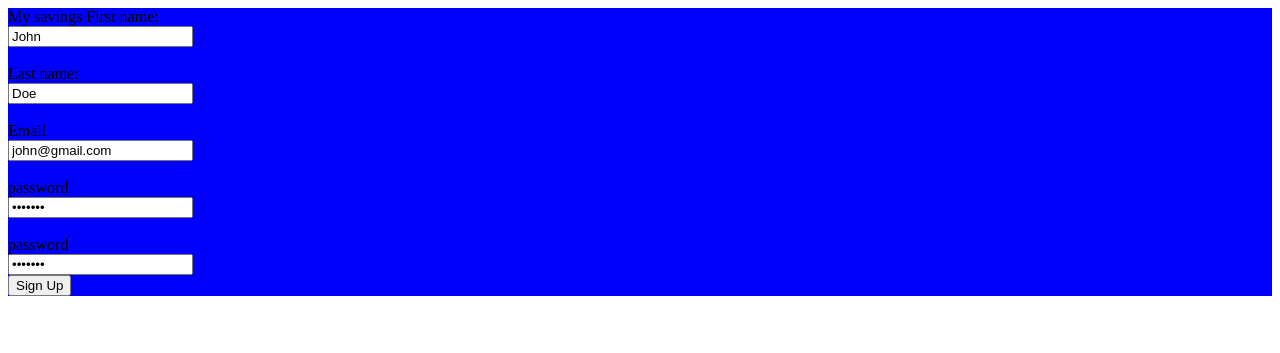
Repository: reemoon-ctrl/hotel-website
Page: mine-form_styling_start.html
These files come from the project's save history. The page is drawn as it stood at one moment and after a run of saves; the edit follows.
The browser window is 1280 px wide. The pictures show the whole page.

Above is the page before, as saved 2024-07-20 13:38:16.

After the next 3 saves:
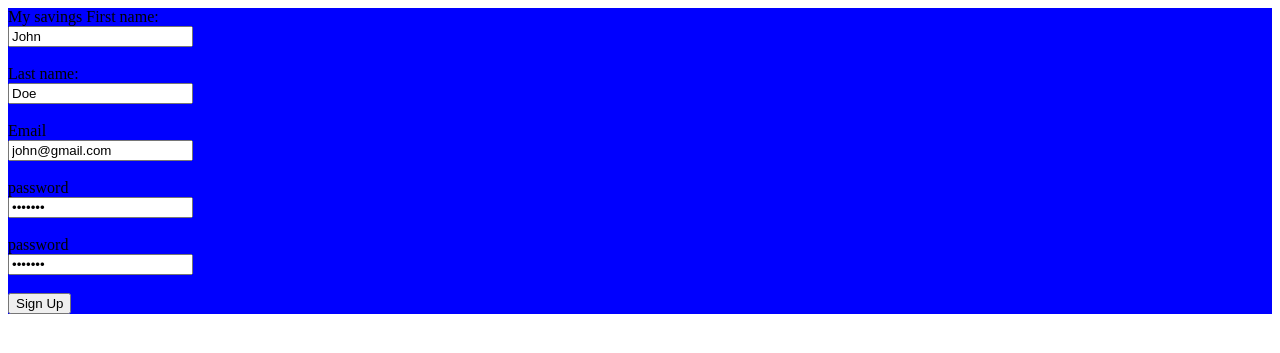
The 3 saves are shown as one change because they came seconds apart.
The last was saved 29 s later.
--- a/mine-form_styling_start.html
+++ b/mine-form_styling_start.html
@@ -27,7 +27,7 @@
         <label for="password">password</label><br>
         <input type="password" id="password" name="password" value="fffffff"><br><br>
         <label for="password">password</label><br>
-        <input type="password" id="confirm password" name="confirm password" value="fffffff"><br>
+        <input type="password" id="confirm password" name="confirm password" value="fffffff"><br><br>
 
 
         <input type="submit" value="Sign Up">
